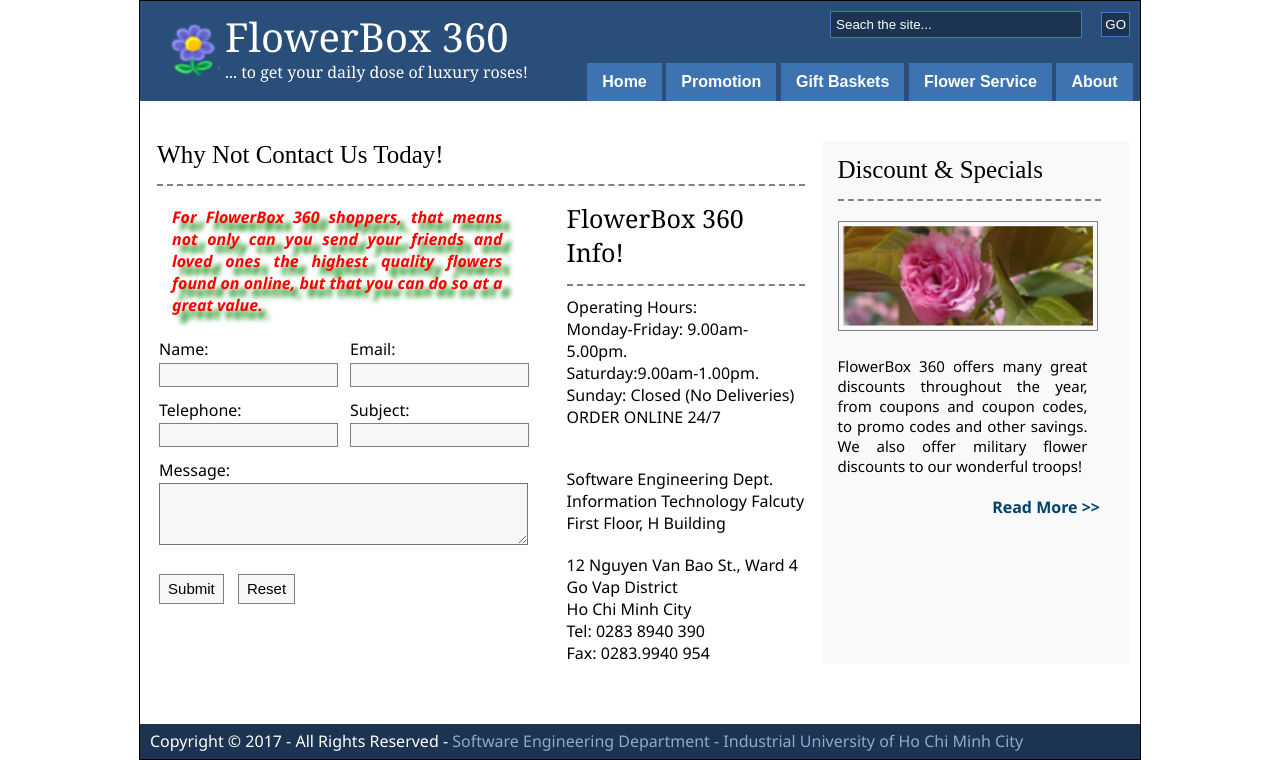
Repository: thu1365/BTKT_WEB
Page: HTML/btkt.html
The author's editor kept a copy of each file at every save. The page is drawn from the files as they stood at one save, then again after a run of saves.
The browser window is 1280 px wide. The pictures show the whole page.

Above is the page before, as saved 2023-03-11 21:27:22.

### HTML/btkt.html
<!DOCTYPE html>
<html lang="en">

<head>
    <meta charset="UTF-8">
    <meta http-equiv="X-UA-Compatible" content="IE=edge">
    <meta name="viewport" content="width=device-width, initial-scale=1.0">
    <title>21025781-Lê Minh Thư</title>
    <style>
        * {
            padding: 0;
            margin: 0 auto;
        }

        .wrapper {
            width: 1000px;
            background-color: #fff;
            border: 1px solid black;
        }

        header {
            position: relative;
            width: 1000px;
            height: 100px;
            background-color: #294e79;
            font-family: Georgia, 'Times New Roman', Times, serif;
        }

        .logo {
            position: relative;
            left: 20px;
            top: 10px;
            width: 60px;
            height: 80px;
        }

        .name1 {
            font-size: 40px;
            color: #fff;
            position: absolute;
            left: 85px;
            top: 8px;
        }

        .name2 {
            color: #fff;
            position: absolute;
            left: 85px;
            top: 60px;
        }

        #search1 {
            background-color: #1c3451;
            border: 1px solid #4579b7;
            color: #fff;
            margin-right: 15px;
            width: 250px;
            height: 25px;
        }

        #search1::placeholder {
            padding-left: 5px;
            color: #fff;
        }

        #search2 {
            background-color: #1c3451;
            border: 1px solid #4579b7;
            color: #fff;
            height: 25px;
            padding: 0 3px;
        }

        .search_form {
            position: absolute;
            top: 10px;
            right: 10px;
        }

        .nav {
            display: flex;
            width: 550px;
            position: absolute;
            bottom: 0px;
            right: 5px;
            font-family: Arial, Helvetica, sans-serif;
        }

        .nav_item {
            position: relative;
            padding: 10px 15px;
            background-color: #3d73b1;
        }

        .nav_item:hover {
            background-color: #8babd0;
        }

        .nav_item a {
            color: white;
            font-weight: bold;
            text-decoration: none;
        }

        .nav1 {
            display: none;
            position: absolute;
            top: 39px;
            left: 0px;
            width: 180px;
            height: 60px;
            background-color: #8babd0;
        }

        .nav2 {
            box-sizing: border-box;
            padding-left: 15px;
            line-height: 30px;
            height: 50%;
            border: 1px solid rgb(158, 196, 240);
            color: white;
        }

        .nav_item:hover .nav1 {
            display: block;
            background-color: #9bbbe0;
        }

        .nav2:hover {
            background-color: #edf6ff;
            cursor: pointer;
        }

        .container {
            font-family: 'Segoe UI', Tahoma, Geneva, Verdana, sans-serif;
            padding-bottom: 60px;
            width: 100%;
            display: flex;
        }

        .Left {
            display: flex;
            width: 70%;
            justify-content: space-between;
            flex-wrap: wrap;
        }

        .p1 {
            width: 55%;
        }

        .p2 {
            width: 35%;
        }

        .p3 {
            background-color: #f9f9f9;
            width: 30%;
            padding-left: 15px;
            margin-top: 40px;
            margin-right: 10px;
        }

        .Left1 {
            font-family: 'Times New Roman', Times, serif;
            width: 95%;
            padding: 40px 0px 15px 0px;
            font-size: 25px;
            border-bottom: 2px dashed gray;
        }

        .p1_1 {
            padding: 20px 30px 20px 15px;
            text-align: justify;
            color: red;
            font-style: italic;
            font-family: 'Segoe UI', Tahoma, Geneva, Verdana, sans-serif;
            text-shadow: 8px 8px 5px green;
        }

        table input {
            height: 22px;
            margin-right: 10px;
            margin-bottom: 10px;
            background-color: #f7f7f7;
            border: 1px solid gray;
        }

        table textarea {
            background-color: #f7f7f7;
        }

        .p1_sub {
            box-sizing: border-box;
            margin-top: 20px;
            height: 30px;
            font-size: 15px;
            padding: 0 8px;
            line-height: 28px;
            border: 1px solid gray;
        }

        .p2_1 {
            font-family: Georgia, 'Times New Roman', Times, serif;
            padding: 15px 0px 15px;
            width: 100%;
            font-size: 25px;
            border-bottom: 2px dashed gray;
        }

        .p2_2 {
            font-family: 'Segoe UI', Tahoma, Geneva, Verdana, sans-serif;
            padding: 10px 0 40px 0;
        }

        .p2_3 {
            font-family: 'Segoe UI', Tahoma, Geneva, Verdana, sans-serif;
        }

        .p2_4 {
            font-family: 'Segoe UI', Tahoma, Geneva, Verdana, sans-serif;
            padding-top: 20px;
        }

        .p3_1 {
            font-family: 'Times New Roman', Times, serif;
            padding: 15px 0px 15px;
            width: 90%;
            margin-right: 30px;
            font-size: 25px;
            border-bottom: 2px dashed gray;
        }

        .p3_anh {
            width: 250px;
            height: 100px;
            padding: 4px;
            margin: 20px 0;
            border: 1px solid gray;
        }

        .p3_2 {
            width: 250px;
            margin-right: 30px;
            float: left;
            text-align: justify;
            font-family: 'Segoe UI', Tahoma, Geneva, Verdana, sans-serif;
            font-size: 15px;
            display: block;
        }

        .p3_3 {
            color: #00436d;
            font-weight: bold;
            margin-right: 30px;
            float: right;
            padding-top: 20px;
            text-decoration: none;
        }

        footer {
            background-color: #1c3451;
            height: 35px;
        }

        #footer_1 {
            font-family: 'Segoe UI', Tahoma, Geneva, Verdana, sans-serif;
            padding-left: 10px;
            color: #8babd0;
            line-height: 35px;
        }

        #footer_1 .white {
            color: #fff;
        }
    </style>
</head>

<body>
    <div class="wrapper">
        <header>
            <img src="/IMAGE/AnhLogo.PNG" alt="" class="logo">
            <p class="name1">FlowerBox 360</p>
            <p class="name2">... to get your daily dose of luxury roses!</p>
            <form action="" class="search_form">
                <input type="text" name="" id="search1" placeholder="Seach the site...">
                <input id="search2" type="button" value="GO">
            </form>
            <div class="nav">
                <div class="nav_item"><a href="">Home</a></div>
                <div class="nav_item"><a href="">Promotion</a></div>
                <div class="nav_item"><a href="">Gift Baskets</a></div>
                <div class="nav_item"><a href="">Flower Service</a>
                    <div class="nav1">
                        <div class="nav2"><b>Flower for Wedding</b></div>
                        <div class="nav2"><b>Flower for Conference</b></div>

                    </div>
                </div>
                <div class="nav_item"><a href="">About</a></div>
            </div>
        </header>
        <div class="container">
            <div class="Left">
                <p class="Left1">Why Not Contact Us Today!</p>
                <div class="p1">
                    <p class="p1_1"><b>For FlowerBox 360 shoppers, that means not only can you send your friends and loved ones the highest quality flowers found on online, but that you can do so at a great value.</b></p>
                    <form action="" class="c1_form">
                        <table>
                            <tr>
                                <td><label for="name_ip">Name:</label></td>
                                <td><label for="mail_ip">Email:</label></td>
                            </tr>
                            <tr>
                                <td><input type="text" name="" id="name_ip"></td>
                                <td><input type="email" name="" id="mail_ip"></td>
                            </tr>
                            <tr>
                                <td><label for="tel_ip">Telephone:</label></td>
                                <td><label for="sub_ip">Subject:</label></td>
                            </tr>
                            <tr>
                                <td><input type="tel" name="" id="tel_ip"></td>
                                <td><input type="text" name="" id="sub_ip"></td>
                            </tr>
                            <tr>
                                <td colspan="2"><label for="mess_ip">Message:</label></td>
                            </tr>
                            <tr>
                                <td colspan="2"> <textarea name="" id="mess_ip" cols="44" rows="4"></textarea></td>
                            </tr>
                            <tr>
                                <tr>
                                    <td><input class="p1_sub" type="button" value="Submit"> <input class="p1_sub" type="button" value="Reset"></td>
                                </tr>
                            </tr>
                        </table>

                    </form>
                </div>
                <div class="p2">
                    <p class="p2_1">FlowerBox 360 Info!</p>
                    <p class="p2_2">Operating Hours: <br> Monday-Friday: 9.00am-5.00pm.<br> Saturday:9.00am-1.00pm.
                        <br> Sunday: Closed (No Deliveries)<br> ORDER ONLINE 24/7
                    </p>
                    <p class="p2_3">
                        Software Engineering Dept. <br> Information Technology Falcuty<br> First Floor, H Building
                    </p>
                    <p class="p2_4">
                        12 Nguyen Van Bao St., Ward 4<br> Go Vap District<br> Ho Chi Minh City<br> Tel: 0283 8940 390<br> Fax: 0283.9940 954
                    </p>


                </div>
            </div>
            <div class="p3">
                <p class="p3_1">Discount & Specials</p>
                <img src="/IMAGE/Hoa.jpg" alt="" class="p3_anh">
                <p class="p3_2">FlowerBox 360 offers many great discounts throughout the year, from coupons and coupon codes, to promo codes and other savings. We also offer military flower discounts to our wonderful troops!</p>
                <a class="p3_3" href="">Read More >></a>
            </div>
        </div>
        <footer>
            <p id="footer_1"><span class="white">Copyright © 2017 - All Rights Reserved -</span> Software Engineering Department - Industrial University of Ho Chi Minh City</p>
        </footer>
    </div>
</body>

</html>

After the next 2 saves:
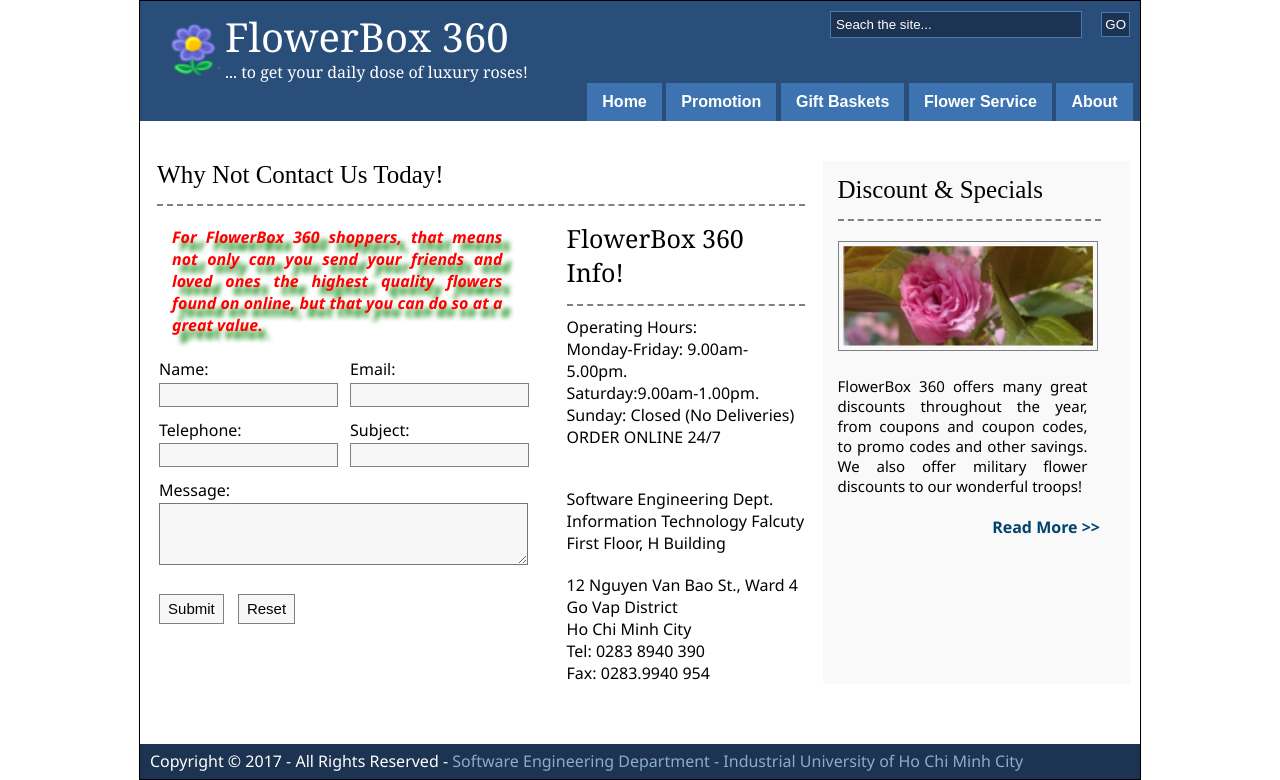
The 2 saves are shown as one change because they came seconds apart.
The last was saved 51 s later.
--- a/HTML/btkt.html
+++ b/HTML/btkt.html
@@ -21,7 +21,7 @@
         header {
             position: relative;
             width: 1000px;
-            height: 100px;
+            height: 120px;
             background-color: #294e79;
             font-family: Georgia, 'Times New Roman', Times, serif;
         }
